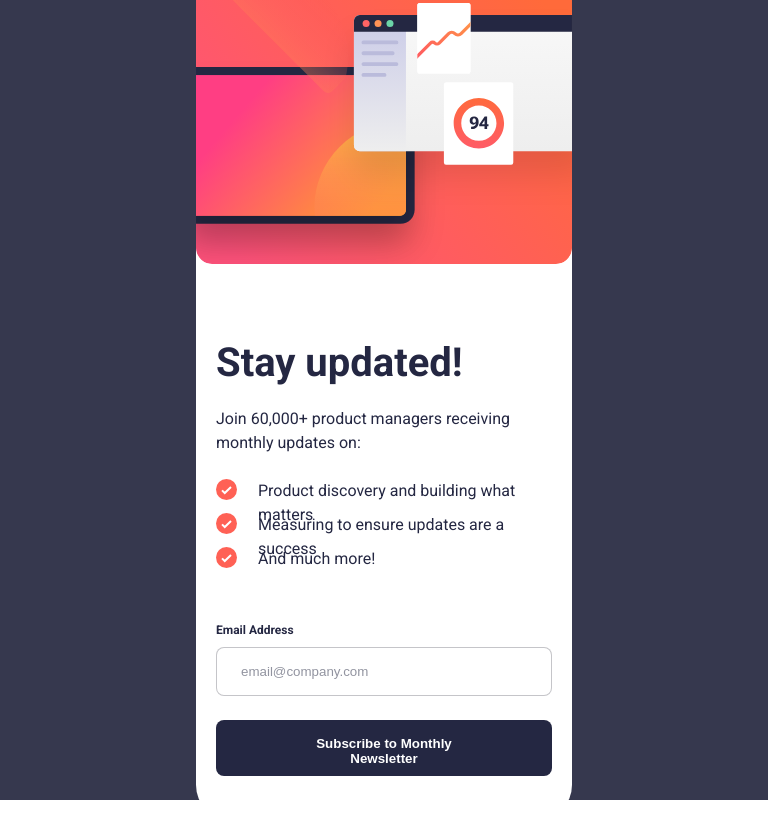
Repository: brandontaylor1/newsletter-signup
Page: index.html
The author's editor kept a copy of each file at every save. The page is drawn from the files as they stood at one save, then again after the next save.
The browser window is 768 px wide. The pictures show the whole page.

Above is the page before, as saved 2025-01-20 09:00:20.

### index.html
<!DOCTYPE html>
<html lang="en">
<head>
    <meta charset="UTF-8">
    <meta name="viewport" content="width=device-width, initial-scale=1.0">
    <link rel="preconnect" href="https://fonts.googleapis.com">
    <link rel="preconnect" href="https://fonts.gstatic.com" crossorigin>
    <link href="https://fonts.googleapis.com/css2?family=Roboto:ital,wght@0,100..900;1,100..900&display=swap" rel="stylesheet">
    <link rel="stylesheet" href="styles.css">
    <title>Newsletter Sign Up</title>
</head>
<body>
    <main class="container">
        <div class="card">
            <div class="card-content">
                <div class="card-content-text">
                    <h1>Stay updated!</h1>
                    <p>Join 60,000+ product managers receiving monthly updates on: </p>
                    <ul class="card-content-list">
                        <div class="list-item">
                            <img src="./assets/images/icon-list.svg" alt="list-image1">
                            <li>Product discovery and building what matters</li>
                        </div>
                        <div class="list-item">
                            <img src="./assets/images/icon-list.svg" alt="list-image2">
                            <li>Measuring to ensure updates are a success</li>
                        </div>
                        <div class="list-item">
                            <img src="./assets/images/icon-list.svg" alt="list-image3">
                            <li>And much more!</li>
                        </div>
                    </ul>
                    <form id="form">
                        <div>
                            <div class="label-content">
                                <label for="email" id="email-label">Email Address</label><br>
                                <span id="email-error" class="error-message"></span>
                            </div>
                            <input type="text" id="email" name="email" placeholder="email@company.com">
                        </div>
                        <button class="submit-btn">Subscribe to Monthly Newsletter</button>
                    </form>
                </div>
            </div>
            <div class="card-image">
                <img src="./assets/images/illustration-sign-up-desktop.svg" class="responsive-image" alt="desktop image">
            </div>
        </div>
    </main>


    <script type="text/javascript" src="https://unpkg.com/validator.tool/dist/validator.min.js"></script>
    <script src="index.js"></script>
</body>
</html>

### styles.css
* {
    margin: 0;
    padding: 0;
    box-sizing: border-box;
}

:root {
    /* COLORS */

    --primary-color-tomato: hsl(4, 100%, 67%);
    --neutral-color-white: hsl(0, 0%, 100%);
    --neutral-color-darkGray: hsl(234, 29%, 20%);
    --neutral-color-charcoalGray: hsl(235, 18%, 26%);
    --neutral-color-gray: hsl(231, 7%, 60%);

    /* FONTS */
    --fontWeight-regular: 400;
    --fontWeight-heavy: 700;
}

body {
    font-family: "Roboto", sans-serif;
    font-size: 16px;
    line-height: 1.5;
}

.container {
    width: 100%;
    height: 100vh;
    background-color: var(--neutral-color-charcoalGray);
    display: flex;
    justify-content: center;
    align-items: center;
}

.card {
    height: 641px;
    width: 928px;
    background-color: var(--neutral-color-white);
    border-radius: 36px;
    display: grid;
    grid-template-columns: 1fr auto;
    grid-template-rows: 1fr;
    padding: 24px;
}

.card-content {
    display: flex;
    flex-direction: column;
    justify-content: center;
    align-items: center;
    padding: 40px;
    order: 1;

}

.card-image {
    order: 2;
}

.card-content-text {
    height: 446px;
    width: 376px;
    display: flex;
    flex-direction: column;
    align-items: left;
}

.card-content h1 {
    color: var(--neutral-color-darkGray);
    font-feature-settings: 'liga' off, 'clig' off;

    /* Heading */
    font-family: Roboto;
    font-size: 56px;
    font-style: normal;
    font-weight: 700;
    line-height: 100%; /* 56px */
}

.card-content p {
    padding: 24px 0;
    color: var(--neutral-color-darkGray);
    font-size: 16px;
    font-weight: 400;
    line-height: 150%; /* 24px */
    font-family: "Roboto", sans-serif;
}

.card-content-list {
    list-style-type: none;
}

.card-content-list li {
    margin-left: 21px;
    padding-bottom: 10px;
    color: var(--neutral-color-darkGray);
    font-family: Roboto;
    font-size: 16px;
    font-style: normal;
    font-weight: 400;
    line-height: 150%; /* 24px */
}

.list-item {
    width: 100%;
    height: 24px;
    display: flex;
    margin-bottom: 10px;
}

.list-item img {
    height: 21px;
    width: 21px;
}

#form {
    margin-top: 40px;
}

label {
    color: var(--Dark-Navy, #242742);
    font-family: Roboto;
    font-size: 12px;
    font-style: normal;
    font-weight: 700;
    line-height: 150%; /* 18px */
    margin-bottom: 8px;
}


.label-content {
    display: flex;
    justify-content: space-between;
    align-items: center;
}

#email-error {
    color: var(--primary-color-tomato);
    font-family: Roboto;
    font-size: 12px;
    font-style: normal;
    font-weight: 700;
    line-height: 150%; /* 18px */
}


#email {
    width: 100%;
    border-radius: 8px;
    border: 1px solid var(--grey-25, rgba(25, 24, 43, 0.25));
    padding: 16px 24px;
}

#email::placeholder {
    color: var(--neutral-color-gray);
}

.submit-btn {
    margin-top: 24px;
    width: 100%;
    height: 56px;
    padding: 16px 71px;
    border-radius: 8px;
    font-weight: 700;
    border: none;
    background: var(--neutral-color-darkGray);
    color: var(--neutral-color-white);
    cursor: pointer;
}

.submit-btn:hover {
    border-radius: 8px;
    background: var(--Gradient-1, linear-gradient(204deg, #FF6A3A 0%, #FF527B 100%));
    box-shadow: 0px 16px 32px 0px rgba(255, 97, 85, 0.50);
    cursor: pointer;
    transition: all 0.3s ease;
}

.card-image img {
    object-fit: contain;
    width: 400px;
}

.responsive-image {
    content: url("./assets/images/illustration-sign-up-desktop.svg")
}

/* Responsive */

@media screen and (max-width: 800px) {
    .card {
        grid-template-columns: 1fr;
        grid-template-rows: auto 1fr;
    }

    .responsive-image {
        content: url("./assets/images/illustration-sign-up-mobile.svg");
        width: 100%;
    }

    .card {
        padding: 0;
        width: 376px;
        height: 842px;
    }

    .card-content {
        order: 2;
        padding: 0px;
    }

    .card-content-text {
        padding: 20px;
        height: 446px;
        width: 376px;
    }


    .card-content-text h1 {
        color: var(--Dark-Navy, #242742);
        font-family: Roboto;
        font-size: 40px;
        font-style: normal;
        font-weight: 700;
        line-height: 100%; /* 40px */
    }

    .card-image {
        order: 1;
    }

    .card-image img {
        object-fit: cover;
        width: 100%;

    }

}

### index.js
const form = document.querySelector('form');

const validateEmail = (email) => {
    const re = /^[^\s@]+@[^\s@]+\.[^\s@]+$/;
    return re.test(String(email).toLowerCase());
};

form.onsubmit = (e) => {
    e.preventDefault();
    const email = document.getElementById('email').value;
    const emailErrorElement = document.getElementById('email-error');
    let isValid = true;

    if (!validateEmail(email)) {
        emailErrorElement.textContent = 'Valid Email Required!';
        isValid = false;
    } else {
        emailErrorElement.textContent = '';
    }

    if (isValid) {
        // No errors, proceed with form submission
        const values = { email };
        console.log(values);
        form.reset();
        window.location.href = 'success.html';
    }
};

form.onreset = (evn) => {
    // Clear error messages
    document.querySelectorAll('.error-message').forEach(el => el.textContent = '');
};

After the next save:
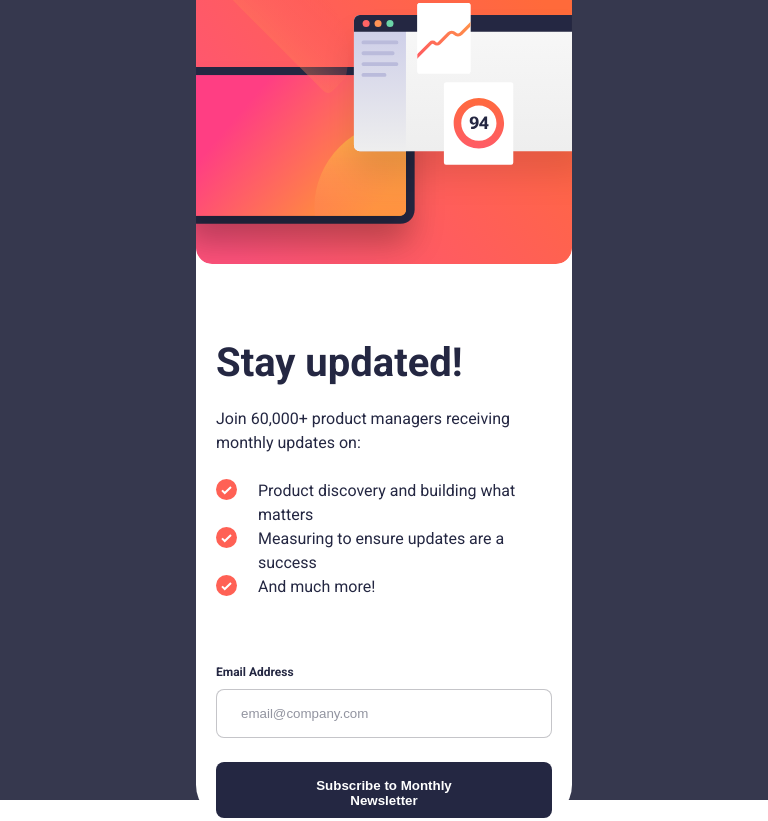
Saved 43 s later.
--- a/styles.css
+++ b/styles.css
@@ -236,4 +236,8 @@ label {
 
     }
 
-}
+    .list-item {
+        margin-bottom: 24px;
+    }
+
+}
